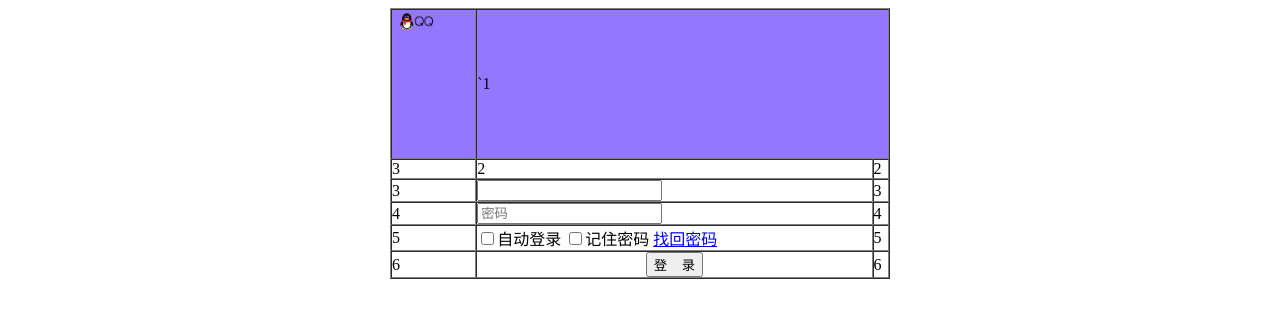
Repository: l897284707/0913
Page: page06表格做QQ.html
The author's editor kept a copy of each file at every save. The page is drawn from the files as they stood at one save, then again after the next save.
The browser window is 1280 px wide. The pictures show the whole page.

Above is the page before, as saved 2022-09-13 18:57:42.

After the next save:
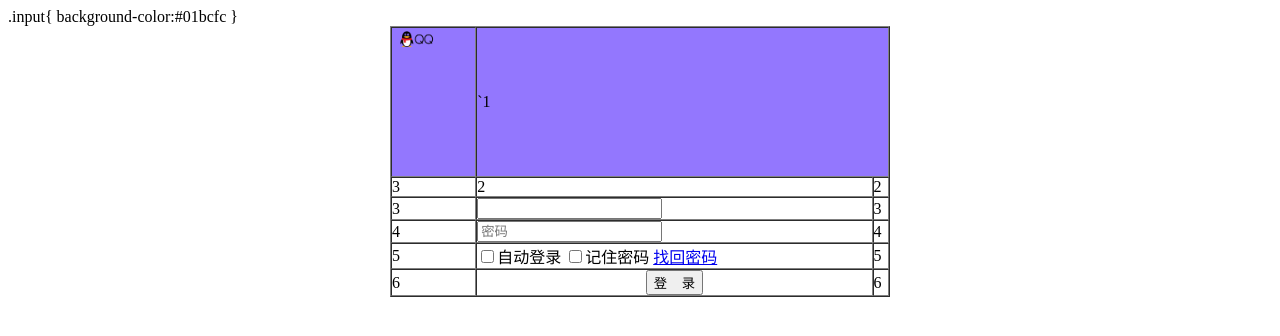
Saved 3 min 32 s later.
--- a/page06表格做QQ.html
+++ b/page06表格做QQ.html
@@ -6,6 +6,7 @@
     <meta http-equiv="X-UA-Compatible" content="IE=edge">
     <meta name="viewport" content="width=device-width, initial-scale=1.0">
     <title>Document</title>
+    .input{ background-color:#01bcfc }
 </head>
 
 <body>
